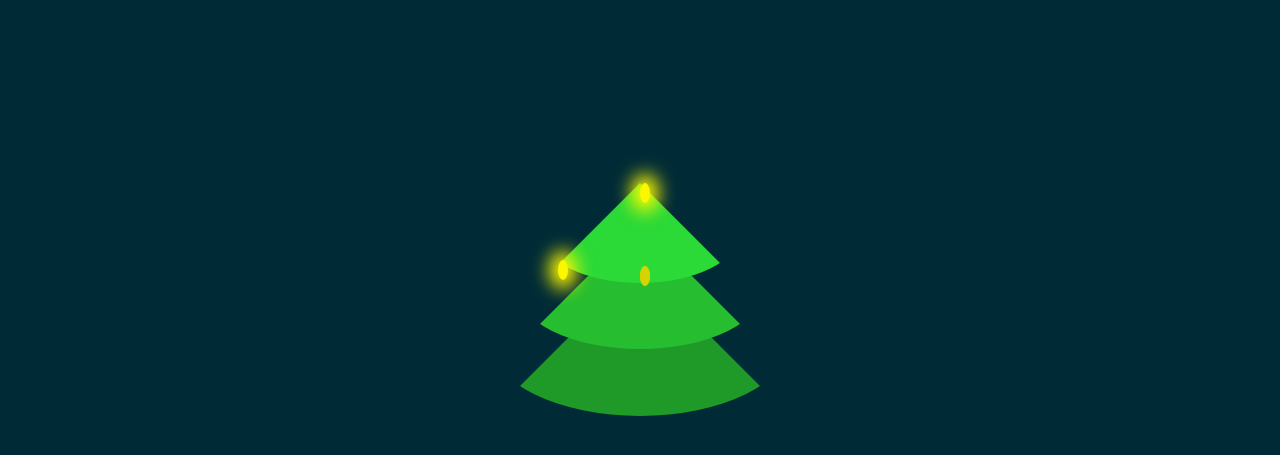
Repository: supakorn5039-boon/Christmas
Page: index.html
The author's editor kept a copy of each file at every save. The page is drawn from the files as they stood at one save, then again after a run of saves.
The browser window is 1280 px wide. The pictures show the whole page.

Above is the page before, as saved 2023-12-25 08:47:44.

After the next 2 saves:
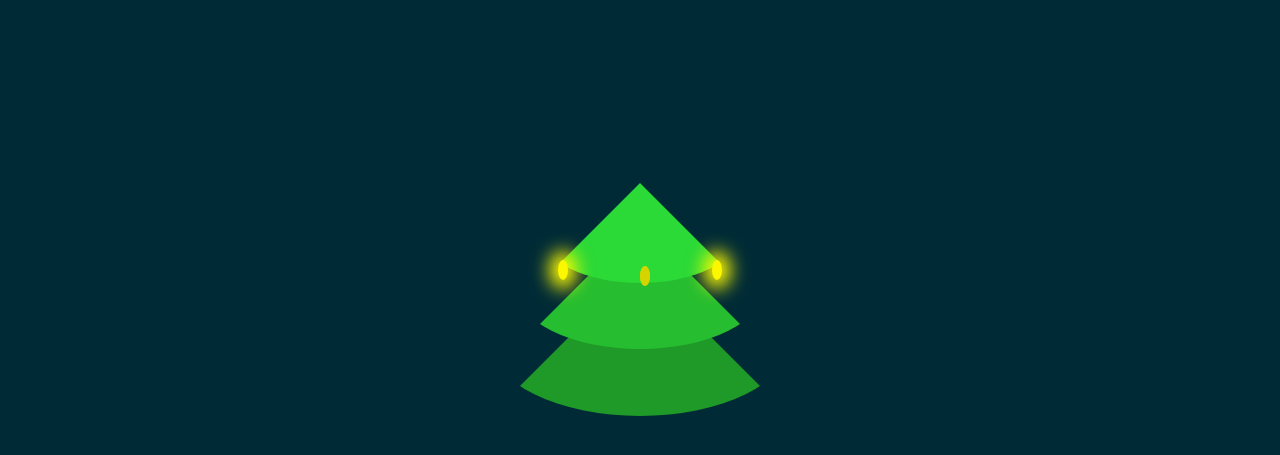
The 2 saves are shown as one change because they came seconds apart.
The last was saved 6 s later.
--- a/styles.css
+++ b/styles.css
@@ -110,10 +110,11 @@ body {
   }
 }
 
-.t1::before{
-    top: 77px;
-     left: -82px;
+.t1::before {
+  top: 77px;
+  left: -82px;
 }
-.t1::after{
-
+.t1::after {
+  top: 77px;
+  right: -82px;
 }
